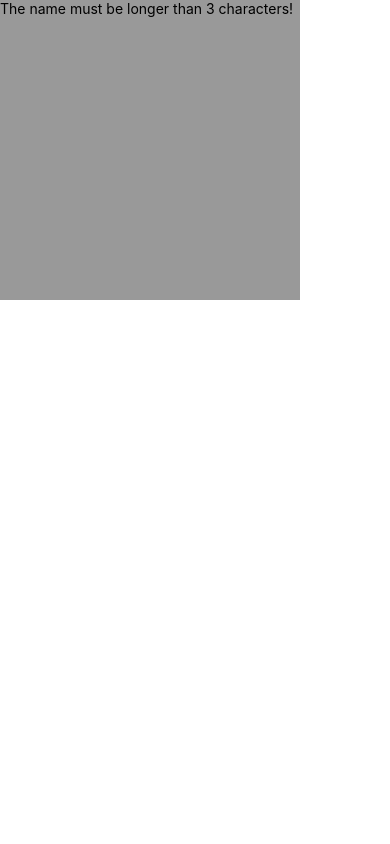
Repository: ntu34543/React-Native-Example1
Screen: /
The author's editor kept a copy of each file at every save. The screen is drawn from the files as they stood at one save, then again after a run of saves.
The app was drawn by React Native's web renderer in a window 390 px wide. The project was rebuilt for these pictures with package versions that can differ from the ones it lists, and the page was loaded fresh each time. Also part of the build but not shown: components/Goalltem.js.

Above is the screen before, as saved 2022-09-12 17:30:09.

After the next 2 saves:
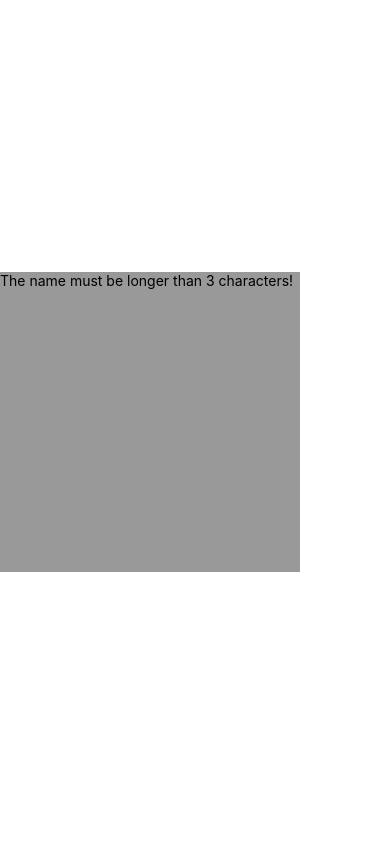
The 2 saves are shown as one change because they came seconds apart.
The last was saved 17 s later.
--- a/App.js
+++ b/App.js
@@ -197,7 +197,8 @@ const styles = StyleSheet.create({
     height: 50,
   },
   centered_view:{
-
+    flex: 1,
+    justifyContent: "center",
   },
   warning_modal: {
     width: 300,
